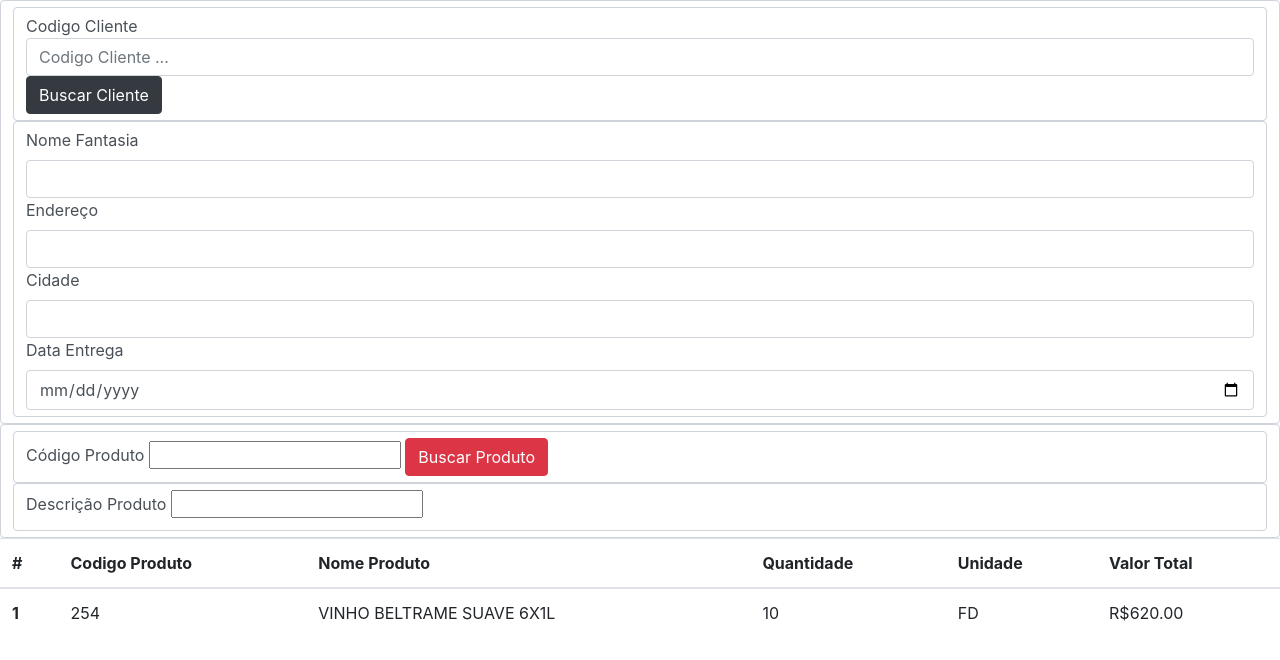
Repository: RobertoAntunes35/controle-estoque
Page: backend/templates/paginaGeracaoPedidos.html
An editor plug-in stored every save of this project. The page is shown before and after a run of saves, followed by the edit.
The browser window is 1280 px wide. The pictures show the whole page.
Some web libraries are served in a nearby version. The template is drawn by Flask 3. The application's start-up code is not run. Other server files are loaded and not shown. The template is opened directly, without the code that normally fills it, so the values that code supplies are empty.

Above is the page before, as saved 2023-06-06 10:46:41.

### backend/templates/paginaGeracaoPedidos.html
{% extends "index.html" %}

{% block title %} Geração Pedidos {% endblock %}

{% block content %}
<div class="content-geracao-pedido">
        <form action="">
            <div class="data-clientes form-control">
                <div class="buscar form-control">
                    <label class="form-check-label" for="">Codigo Cliente</label>
                    <input class="form-control" type="text" name="codigoCliente" id="codigoCliente" placeholder="Codigo Cliente ...">
                    <a href="#" class="btn btn-dark">Buscar Cliente</a>
                </div>

                <div class="datas-cliente form-control">
                    <label for="">Nome Fantasia</label>
                    <input class="form-control" type="text" name="nomeFantasia" id="nomeFantasia">

                    <label for="">Endereço</label>
                    <input class="form-control" type="text" name="enderecoCliente" id="enderecoCliente">

                    <label for="">Cidade</label>
                    <input class="form-control" type="text" name="cidadeCliente" id="cidadeCliente">

                    <label for="">Data Entrega</label>
                    <input class="form-control" type="date" name="dataEntrega" id="dataEntrega">
                </div>
            </div>
            <div class="produtos">
                <div class="busca-produtos form-control">
                    <div class="busca form-control">
                        <label for="">Código Produto</label>
                        <input class="" type="text" name="codigoProduto" id="codigoProduto">
                        <button class="btn btn-danger" id="btnBuscaProduto" name="btnBuscaProduto">Buscar Produto</button>
                    </div>
                    <div class="dados-produtos form-control">
                        <label for="">Descrição Produto</label>
                        <input type="text" name="descricaoProduto" id="descricaoProduto">
                    </div>
                </div>


                <table class="table">
                    <thead>
                        <tr>
                            <th scope="col">#</th>
                            <th scope="col">Codigo Produto</th>
                            <th scope="col">Nome Produto</th>
                            <th scope="col">Quantidade</th>
                            <th scope="col">Unidade</th>
                            <th scope="col">Valor Total</th>
                        </tr>
                    </thead>

                    <tbody>
                        <tr>
                            <th scope="row">1</th>
                            <td>254</td>
                            <td>VINHO BELTRAME SUAVE 6X1L</td>
                            <td>10</td>
                            <td>FD</td>
                            <td>R$620.00</td>
                        </tr>
                    </tbody>

                </table>

            </div>

        </form>
    </div>

{% endblock %}

### backend/templates/index.html
<!DOCTYPE html>
<html lang="en">

{% block head %}
<head>
    <meta charset="UTF-8">
    <meta http-equiv="X-UA-Compatible" content="IE=edge">
    <meta name="viewport" content="width=device-width, initial-scale=1.0">
    <title>{% block title %} {% endblock %}</title>

    <script src="https://ajax.googleapis.com/ajax/libs/jquery/3.5.1/jquery.min.js"></script>
    <!-- CSS INTERNO -->
    <link rel="stylesheet" href="{{ url_for('static', filename='css/globalStyle.css') }}">

    <!-- FONTE -->

    <!-- BOOTSTRAP -->
    <link rel="stylesheet" href="https://maxcdn.bootstrapcdn.com/bootstrap/4.0.0/css/bootstrap.min.css">
    <script src="https://maxcdn.bootstrapcdn.com/bootstrap/4.0.0/js/bootstrap.min.js"></script>
    <script src="https://cdnjs.cloudflare.com/ajax/libs/popper.js/1.12.9/umd/popper.min.js"></script>

    <!-- SCRIPT INTERNO -->
    <script src="{{ url_for('static' , filename='js/script.js') }}"></script>

    <!-- SCRIPTS AUXILIARES -->

</head>
{% endblock %}

<body>
   <div class="content">
    {% block content %} {% endblock %}
    </div>

</body>
</html>

### backend/static/css/globalStyle.css
* {
    margin: 0 auto;
    padding: 0;
    box-sizing: border-box;
}

.div-formulario {
    border: 1px solid;
}

.container {
    display: flex;
    justify-content: left;
    align-items: center;
    width: 100vw;
    height: 100vh;

    /* border: 1px solid; */
}

.search-product{
    /* border: 1px solid; */
}
.values-find{
    /* border: 1px solid; */
}

.choices-values{
    /* border: 1px solid; */
}

### backend/static/js/script.js

$(document).ready(function() {
    $('#btnBuscar').click(function(event) {
        event.preventDefault();

        var inputValue = $('#codigo').val();
        console.log(inputValue);

    $.ajax({
        url: '/busca_produtos',
        type: 'POST',
        data: {codigoProduto: inputValue},
        success: function(date) {
            $('#descricao').val(date.updatedValue.descricao)
            $('#codigoFornecedor').val(date.updatedValue.codigoFornecedor)
            $('#unidade').val(date.updatedValue.unidade)
        }
    });
    });
});


function verificarEnter(event) {
    if(event.keyCode === 13) {
        event.preventDefault();

        var botao = document.getElementById("btnBuscar")
        botao.click();
    }
}

After the next 2 saves:
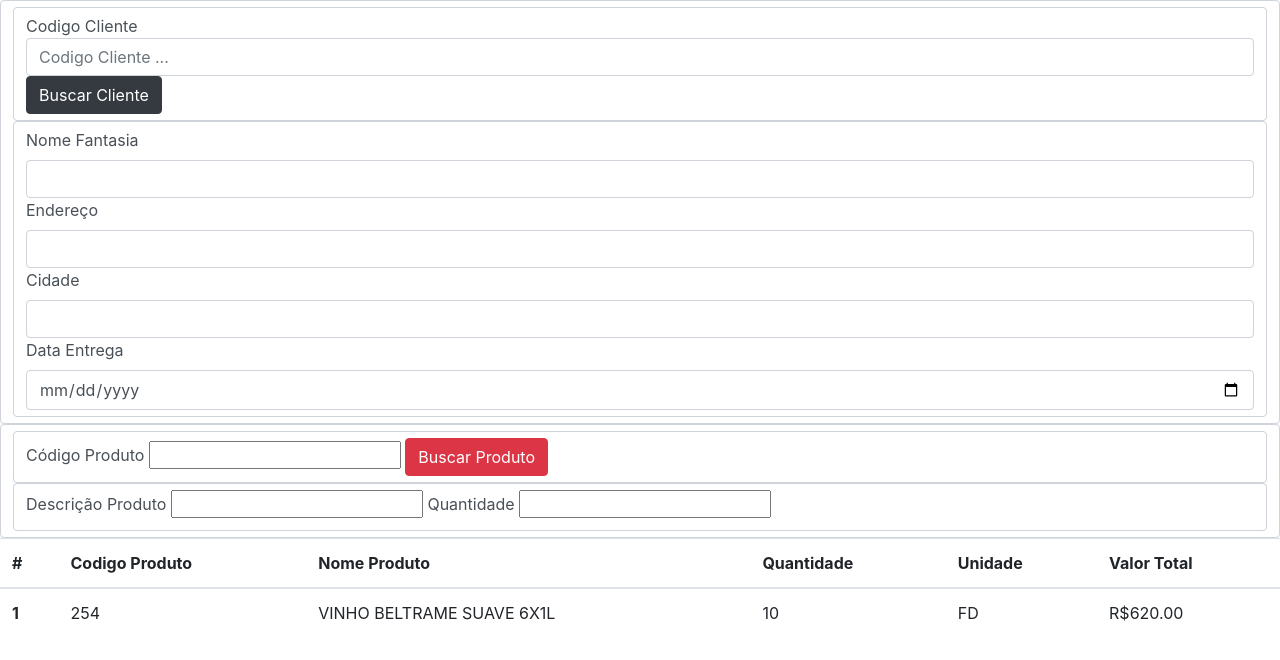
The 2 saves are shown as one change because they came seconds apart.
The last was saved 36 s later.
--- a/backend/templates/paginaGeracaoPedidos.html
+++ b/backend/templates/paginaGeracaoPedidos.html
@@ -36,6 +36,9 @@
                     <div class="dados-produtos form-control">
                         <label for="">Descrição Produto</label>
                         <input type="text" name="descricaoProduto" id="descricaoProduto">
+
+                        <label for="">Quantidade</label>
+                        <input type="number">
                     </div>
                 </div>
 
